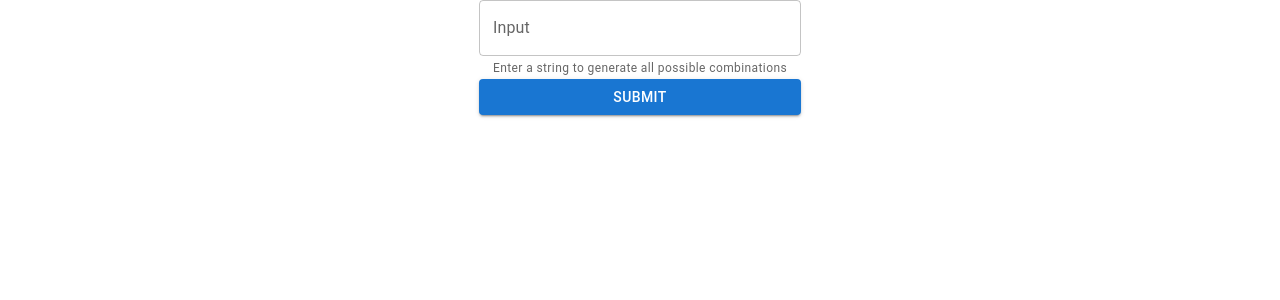
Repository: zfranke/WordScramble-Web
Page: / (app in wordscrambler-web/)
An editor plug-in stored every save of this project. The page is shown before and after a run of saves, followed by the edit.
The browser window is 1280 px wide. The pictures show the whole page.
The project was rebuilt for these pictures with package versions that can differ from the ones it lists, and the page was loaded fresh each time.

Above is the page before, as saved 2022-12-27 12:01:32.

### wordscrambler-web/src/App.js
import React, { useState } from 'react';
import nlp from 'compromise';
import { Button, FormControl, FormHelperText, Input, List, ListItem, TextField, Grid } from '@mui/material';

function App() {
  const [input, setInput] = useState('');
  const [combinations, setCombinations] = useState([]);

  function handleChange(event) {
    setInput(event.target.value);
  }

  function handleSubmit(event) {
    event.preventDefault();
    const combinations = getCombinations(input);
    const sortedCombinations = combinations.sort((a, b) => {
      const aScore = nlp(a).sentences().toNegative().sentences().out('text');
      const bScore = nlp(b).sentences().toNegative().sentences().out('text');
      return aScore.length - bScore.length;
    });
    setCombinations(sortedCombinations);
  }

  function getCombinations(str) {
    const results = [];
    if (str.length === 1) {
      results.push(str);
      return results;
    }
    for (let i = 0; i < str.length; i++) {
      const firstChar = str[i];
      const charsLeft = str.substring(0, i) + str.substring(i + 1);
      const innerPermutations = getCombinations(charsLeft);
      for (let j = 0; j < innerPermutations.length; j++) {
        results.push(firstChar + innerPermutations[j]);
      }
    }
    return results;
  }

  return (
    //Create a centered input form with a output grid
    <Grid container justifyContent="center" alignItems="center" direction="column">
      <form onSubmit={handleSubmit}>
        <FormControl>
          <TextField
            id="input"
            label="Input"
            value={input}
            onChange={handleChange}
            helperText="Enter a string to generate all possible combinations"
          />
          <Button type="submit" variant="contained">Submit</Button>
        </FormControl>
      </form>
      <Grid container justifyContent="center" alignItems="center" direction="column">
        <List>
          {combinations.map((combination, index) => (
            <ListItem key={index}>{combination}</ListItem>
          ))}
        </List>
      </Grid>
    </Grid>


  );
}

export default App;

Loaded but not shown: wordscrambler-web/public/index.html (common file); wordscrambler-web/src/index.js (common file); wordscrambler-web/src/index.css (common file)

After the next 2 saves:
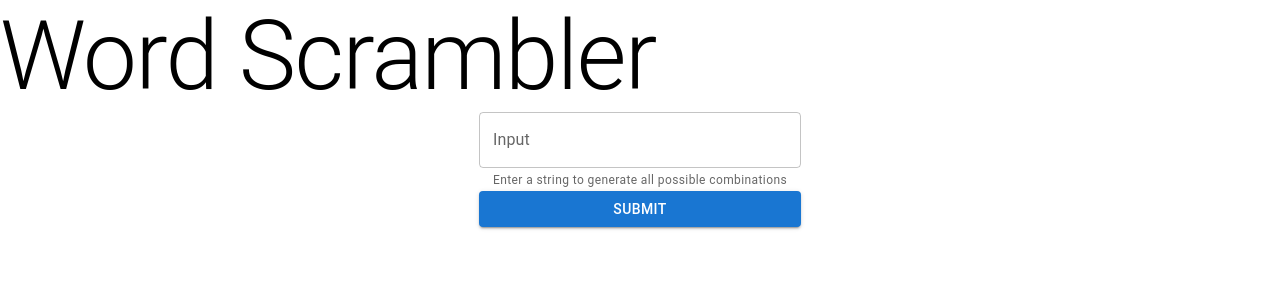
The 2 saves are shown as one change because 1 did not build or start.
The last was saved 48 s later.
--- a/wordscrambler-web/src/App.js
+++ b/wordscrambler-web/src/App.js
@@ -1,6 +1,6 @@
 import React, { useState } from 'react';
 import nlp from 'compromise';
-import { Button, FormControl, FormHelperText, Input, List, ListItem, TextField, Grid } from '@mui/material';
+import { Button, FormControl, FormHelperText, Input, List, ListItem, TextField, Grid, Typography } from '@mui/material';
 
 function App() {
   const [input, setInput] = useState('');
@@ -40,6 +40,9 @@ function App() {
 
   return (
     //Create a centered input form with a output grid
+    <>
+    <Typography variant="h1">Word Scrambler</Typography>
+
     <Grid container justifyContent="center" alignItems="center" direction="column">
       <form onSubmit={handleSubmit}>
         <FormControl>
@@ -61,6 +64,7 @@ function App() {
         </List>
       </Grid>
     </Grid>
+    </>
 
 
   );
